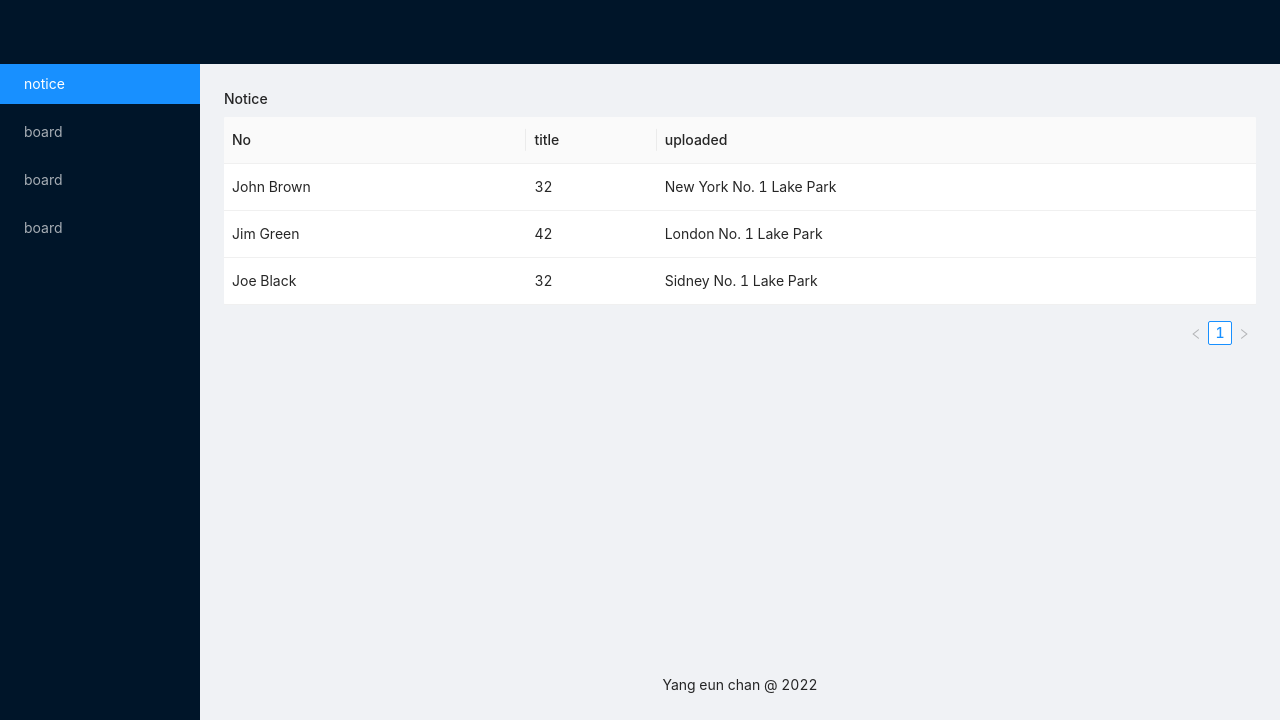
Repository: yangddoddi/community_react
Page: /
An editor plug-in stored every save of this project. The page is shown before and after the next save, followed by the edit.
The browser window is 1280 px wide. The pictures show the whole page.
The project was rebuilt for these pictures with package versions that can differ from the ones it lists, and the page was loaded fresh each time.

Above is the page before, as saved 2022-08-17 03:15:34.

### src/App.js
import { Layout, Menu } from "antd";
import "antd/dist/antd.css";
import "./App.scss";
import React from "react";
import styled from "styled-components";
import { Posts } from "./pages/Posts";
const { Header, Content, Footer, Sider } = Layout;

const LayoutStyled = styled(Layout)`
  height: 100%;
`;

const ContentStyled = styled(Content)`
  height: 100%;
  margin: "24px 16px 0";
`;

const MenuStyled = styled(Menu)`
  padding-top: 60px;
`;

const HeaderStyled = styled(Header)`
  padding: 0;
`;

const App = () => {
  const items = [
    { label: "notice", key: "1" },
    { label: "board", key: "2" },
    { label: "board", key: "3" },
    { label: "board", key: "4" },
  ];

  return (
    <LayoutStyled>
      <Sider
        breakpoint="lg"
        collapsedWidth="0"
        onBreakpoint={(broken) => {
          console.log(broken);
        }}
        onCollapse={(collapsed, type) => {
          console.log(collapsed, type);
        }}
      >
        <div className="logo" />
        <MenuStyled
          theme="dark"
          mode="inline"
          defaultSelectedKeys={["1"]}
          items={items}
        />
      </Sider>
      <Layout>
        <HeaderStyled className="site-layout-sub-header-backgrond" />
        <ContentStyled>
          <div
            className="site-layout-background"
            style={{
              padding: 24,
              minHeight: 360,
            }}
          >
            <Posts />
          </div>
        </ContentStyled>
        <Footer
          style={{
            textAlign: "center",
          }}
        >
          Yang eun chan @ 2022
        </Footer>
      </Layout>
    </LayoutStyled>
  );
};

export default App;

### src/App.scss
.site-layout-content {
    min-height: 280px;
    padding: 24px;
    background: #fff;
  }
  #components-layout-demo-top .logo {
    float: left;
    width: 120px;
    height: 31px;
    margin: 16px 24px 16px 0;
    background: rgba(255, 255, 255, 0.3);
  }
  .ant-row-rtl #components-layout-demo-top .logo {
    float: right;
    margin: 16px 0 16px 24px;
  }

  #root {
    height: 100%;
  }

### src/pages/Posts.js
import { Table } from "antd";
import React from "react";
const columns = [
  {
    title: "No",
    dataIndex: "name",
    innerWidth: 100,
    outerWidth: 100,
  },
  {
    title: "title",
    dataIndex: "age",
  },
  {
    title: "uploaded",
    dataIndex: "address",
  },
];
const data = [
  {
    key: "1",
    name: "John Brown",
    age: 32,
    address: "New York No. 1 Lake Park",
  },
  {
    key: "2",
    name: "Jim Green",
    age: 42,
    address: "London No. 1 Lake Park",
  },
  {
    key: "3",
    name: "Joe Black",
    age: 32,
    address: "Sidney No. 1 Lake Park",
  },
];

export const Posts = () => {
  return (
    <div>
      <h4>Notice</h4>
      <Table columns={columns} dataSource={data} size="middle" />
    </div>
  );
};

Loaded but not shown: public/index.html (common file); src/index.js (common file); src/index.css (common file); src/reportWebVitals.js (common file)

After the next save:
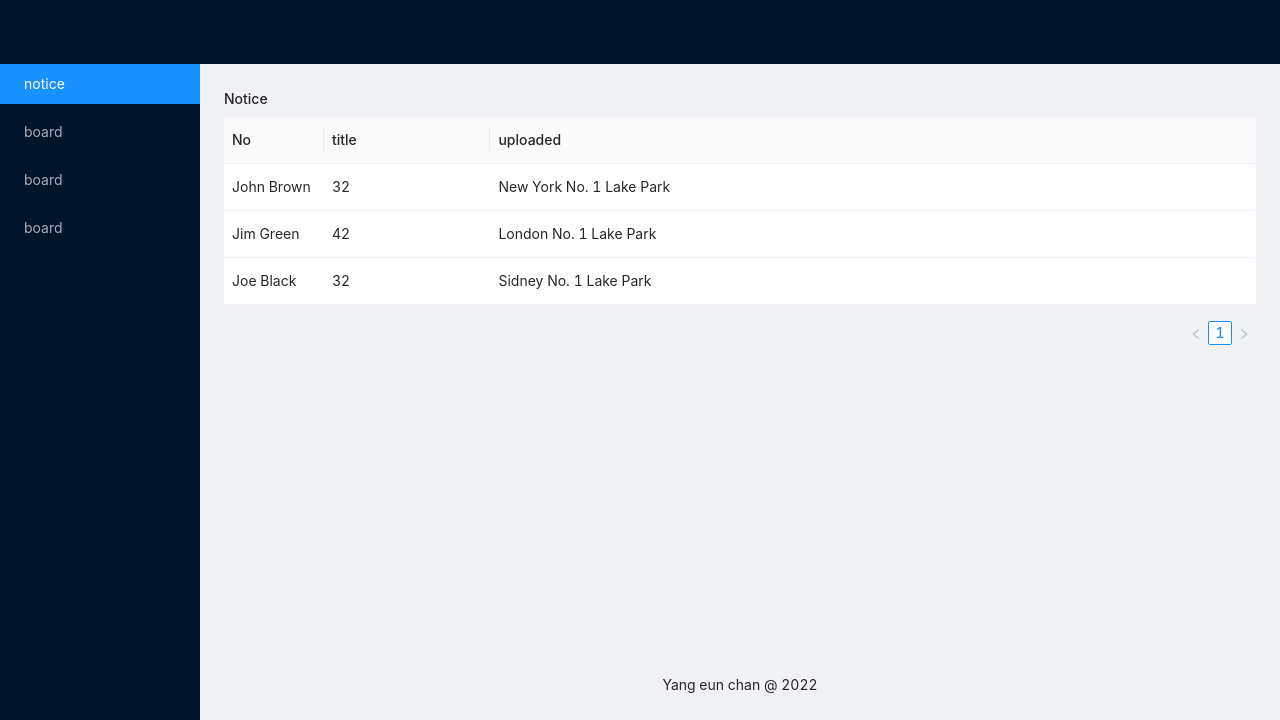
Saved 70 s later.
--- a/src/pages/Posts.js
+++ b/src/pages/Posts.js
@@ -6,6 +6,7 @@ const columns = [
     dataIndex: "name",
     innerWidth: 100,
     outerWidth: 100,
+    width: 100,
   },
   {
     title: "title",
